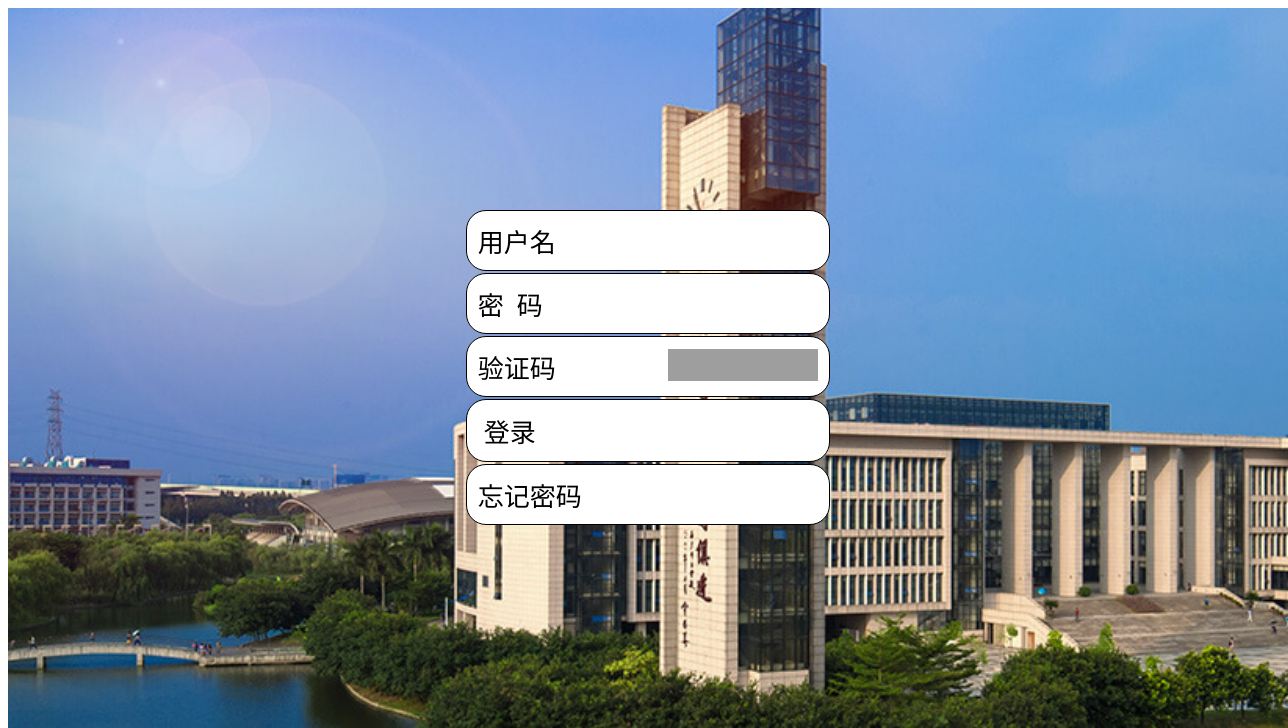
Repository: IAmJiangWenHao/ReportServer
Page: demo.html
An editor plug-in stored every save of this project. The page is shown before and after the next save, followed by the edit.
The browser window is 1280 px wide. The page is 1288 px wide, so the pictures cover 1288 px, including what lies to the right of the window. The pictures show the whole page.
Pictures or frames that could not be fetched are drawn as grey boxes.

Above is the page before, as saved 2023-05-16 12:17:38.

After the next save:
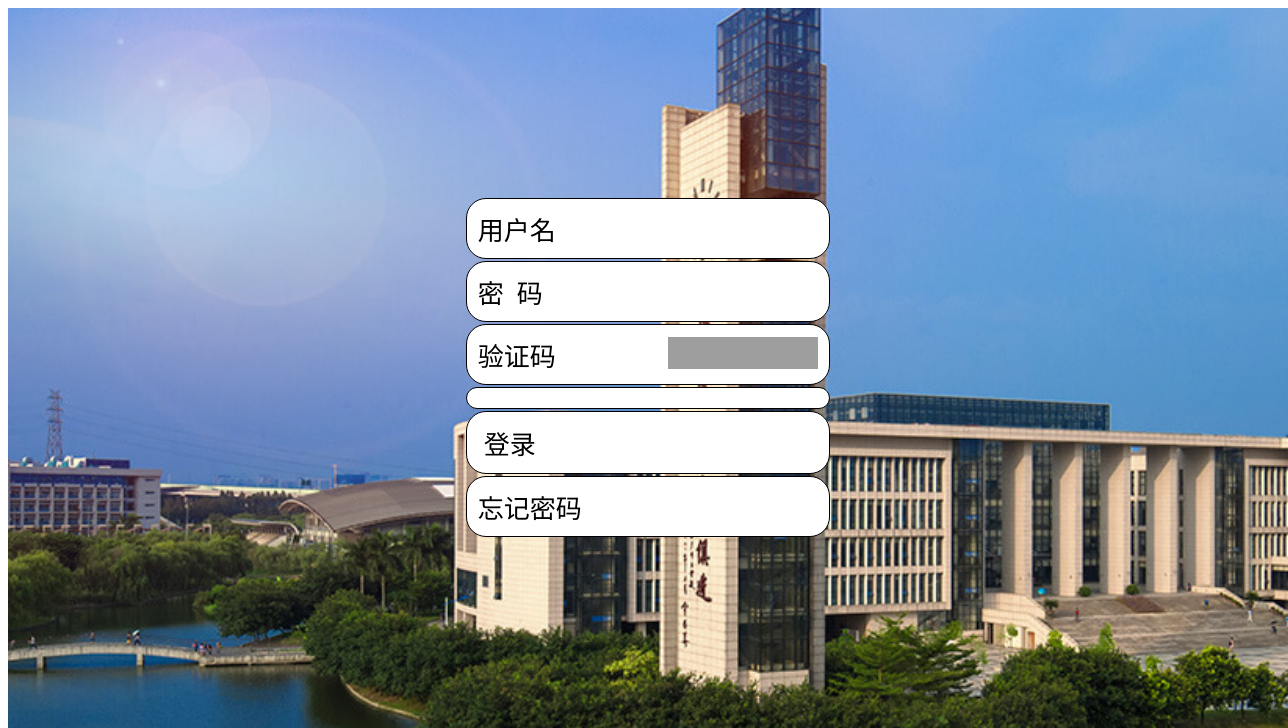
Saved 28 s later.
--- a/demo.html
+++ b/demo.html
@@ -115,13 +115,15 @@
           </td>
         </tr>
         <tr>
-          <td><input style="font-size: 26px" type="submit" value="登录">
-          </td>
-        </tr>
-        <tr>
-          <td>
-            <font><a href="forgetPassword.jsp">忘记密码 </a> </font>
-          </td>
+          <tr>
+            <td><input style="font-size: 26px" type="submit" value="登录">
+            </td>
+          </tr>
+          <tr>
+            <td>
+              <font><a href="forgetPassword.jsp">忘记密码 </a> </font>
+            </td>
+          </tr>
         </tr>
       </table>
     </form>
